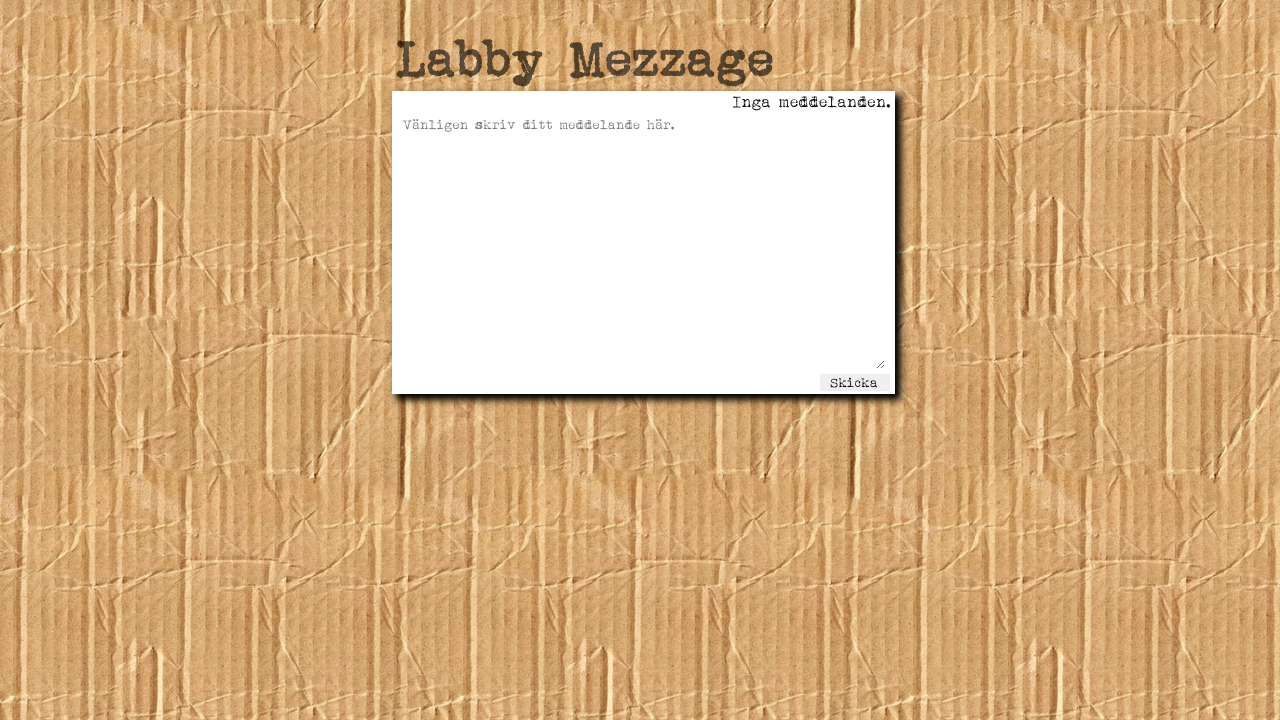
Repository: mw222rs/1dv403-laborationer
Page: 2-labbymezzage/index.html
The author's editor kept a record of every edit. The page is drawn from the files as they stood at one moment, then again after the next edit.
The browser window is 1280 px wide. The pictures show the whole page.

Above is the page before.

### 2-labbymezzage/index.html
<!DOCTYPE html>
<html lang="sv">
<head>
	<meta charset="UTF-8" />
	<link rel="stylesheet" type="text/css" href="css/style.css" media="screen, projection, handheld">
	<title>Labby Mezzage</title>
	<script src="script/main.js"></script>
	<script src="script/message.js"></script>
</head>
    <body>
        <div id="page">
            <h1>Labby Mezzage</h1>
            <div id="messageArea">
            </div><!-- /end #messageArea tag -->

            <div id="inputArea">
                <p id="counter">Inga meddelanden.</p>
                <form>
         			<textarea name="text" placeholder="Vänligen skriv ditt meddelande här." id="textArea"></textarea><input id="send" type="submit" value="Skicka" />
         			<p id="value"></p>
        		</form>
            </div><!-- /end #inputArea tag -->
        </div><!-- /end #page tag -->
    </body>
</html>

### 2-labbymezzage/css/style.css
/* Start CSS-Reset */

/* http://meyerweb.com/eric/tools/css/reset/
   v2.0 | 20110126
   License: none (public domain)
*/

html, div, span, applet, object, iframe,
h2, h3, h4, h5, h6, p, blockquote, pre,
a, abbr, acronym, address, big, cite, code,
del, dfn, em, img, ins, kbd, q, s, samp,
small, strike, strong, sub, sup, tt, var,
b, u, i, center,
dl, dt, dd, ol, ul, li,
fieldset, form, label, legend,
table, caption, tbody, tfoot, thead, tr, th, td,
article, aside, canvas, details, embed,
figure, figcaption, footer, header, hgroup,
menu, nav, output, ruby, section, summary,
time, mark, audio, video {
	margin: 0;
	padding: 0;
	border: 0;
	font-size: 100%;
	font: inherit;
	vertical-align: baseline;
}
/* HTML5 display-role reset for older browsers */
article, aside, details, figcaption, figure,
footer, header, hgroup, menu, nav, section {
	display: block;
}
body {
	line-height: 1;
}
ol, ul {
	list-style: none;
}
blockquote, q {
	quotes: none;
}
blockquote:before, blockquote:after,
q:before, q:after {
	content: '';
	content: none;
}
table {
	border-collapse: collapse;
	border-spacing: 0;
}

/* End of CSS-Reset */

@font-face {
    font-family: typewriter;
    src: url( 'Albertsthal_Typewriter.ttf' );
}
body {
	font-family: typewriter;
    background: #DBDBD6;
	background-image: url(10.jpg);
    padding: 0px;
}
h1 {
	color: rgba(0, 0, 0, 0.6);
    font-family: typewriter;
    font-size: 50px;
    padding-left: 5px;
    margin-bottom: 0;
}
#page {
	margin: 20px auto 20px;
	width: 497px;
}
.messageBread {
	font-family: typewriter;
	background: #FFF;
	width: 100%;
	margin-top: 7px;
	padding: 3px;
	box-shadow: 5px 5px 7px 1px #000;
}
.messageBread .date {
	font-family: typewriter;
	background: none;
	margin-top: 0;
	padding: 0;
	box-shadow: none;
	text-align: right;
	font-size: small;
}
.messageBread a {
	float: right;
	font-size: smaller;
	font-weight: bold;
	padding-left: 3px;
}

#inputArea {
	background: #FFF;
	width: 100%;
	margin-top: 7px;
	padding: 3px;
	box-shadow: 5px 5px 7px 1px #000;
}
#counter {
	text-align: right;
	font-family: typewriter;
}
textarea {
	font-family: typewriter;
	border: 0;
	display: block;
	margin: 5px auto;
	width: 480px;
	height: 250px;
}
input[type="submit"] {
	border: 0;
	font-family: typewriter;
	margin-left: 425px;
	width: 70px;
}

### 2-labbymezzage/script/main.js
"use strict";

var labbyMezzage = {

    messages: [],
    init:function()
    {

	var input = document.querySelector("#textArea");　// Find the textarea-node.
	var submit = document.querySelector("#send"); // Find the submit-button.

	input.onkeypress = function(e){

	    var key = e.keyCode;

	    if (key === 13) {
	        e.preventDefault();
	        labbyMezzage.createMessage(input.value);
	    }
	    key.

	    console.log(key);


	}

	submit.onclick = function(e){ // When the button is clicked...
	    e.preventDefault();

	    labbyMezzage.createMessage(input.value); // Create a new message with the text from the textarea.
	    }


	},

    createMessage: function(input) // Creates a new message-object.
    {
        var createdMessage = new Message(input, new Date());
        labbyMezzage.messages.push(createdMessage); // Pushes the object into the messages-array.
        labbyMezzage.renderMessages(); // Renders the messages.
	    return false;
    },
    renderMessage: function(messageId){ // Render a single message.

        var div = document.querySelector("#messageArea"); // Find the #messageArea div-tag.

        var div2 = document.createElement("div"); // Create a new div-tag...
        div2.classList.add("messageBread"); // ...and give it hte class .messageBread

        // Creates an a-tag with an onclick function for deleting the message.
        var removeLink = document.createElement("a");
        removeLink.setAttribute("href", "#");
        removeLink.classList.add("remove");
        removeLink.innerHTML = "X";
        removeLink.onclick = function(){
            if (window.confirm("Vill du verkligen radera meddelandet?")) {
                labbyMezzage.removeMessage(messageId);
            }
        }
        div2.appendChild(removeLink);

	    // Creates an a-tag with an onclick function for alerting the exact date of when the message was written.
	    var alertLink = document.createElement("a");
	    alertLink.setAttribute("href", "#");
	    alertLink.classList.add("alertDate");
	    alertLink.innerHTML = "?";
	    alertLink.onclick = function(){
	        alert(labbyMezzage.messages[messageId].getDate());
	    }
	    div2.appendChild(alertLink);

        // Creates a p-tag and injects the message text into it.
        var messageText = document.createElement("p");
        messageText.innerHTML = labbyMezzage.messages[messageId].getHTMLText();
        div2.appendChild(messageText);

        // Creates a p-tag with the class .date and injects the date formatted YYYY-DD-MM.
        var dateP = document.createElement("p");
        dateP.classList.add("date");
        dateP.innerHTML = labbyMezzage.messages[messageId].getSmallDate();
        div2.appendChild(dateP);

	    div.appendChild(div2);
    },
    renderMessages: function(){

        document.getElementById("messageArea").innerHTML = ""; // Empties the #messageArea-div.

        // Cycles through the messages-array, calling the renderMessage-function on each object.
        labbyMezzage.messages.forEach(function(value, id){
		    labbyMezzage.renderMessage(id);
		});

		// Updates the counter with the length of the messages-array.
		document.querySelector("#counter").innerHTML = "Antal meddelanden: "+labbyMezzage.messages.length;

    },
    removeMessage: function(removeID){ // Removes the message.
	    labbyMezzage.messages.splice(removeID, 1);
        labbyMezzage.renderMessages();
    }
};
window.onload = labbyMezzage.init;

### 2-labbymezzage/script/message.js
"use strict";

function Message(message, date){

    this._text = message;

    this._date = date;

    this.getText = function(){
        return message;
    }

    this.setText = function(_text){
        message = _text;
    }

    this.getSmallDate = function(){
            return date.getFullYear()+"-"+(date.getMonth()+1)+"-"+date.getDate();
    }

    this.getDate = function(){
            return "Inlägget skapades "+date.toLocaleString();

    }

    this.setDate = function(_date){
        date = _date;
    }
}


Message.prototype.toString = function(){
    return this.getText()+" ("+this.getDate()+") ";
};

Message.prototype.getHTMLText = function(){
    return this.getText().replace(/(\n)/g, "<br>");
};

After the next edit:
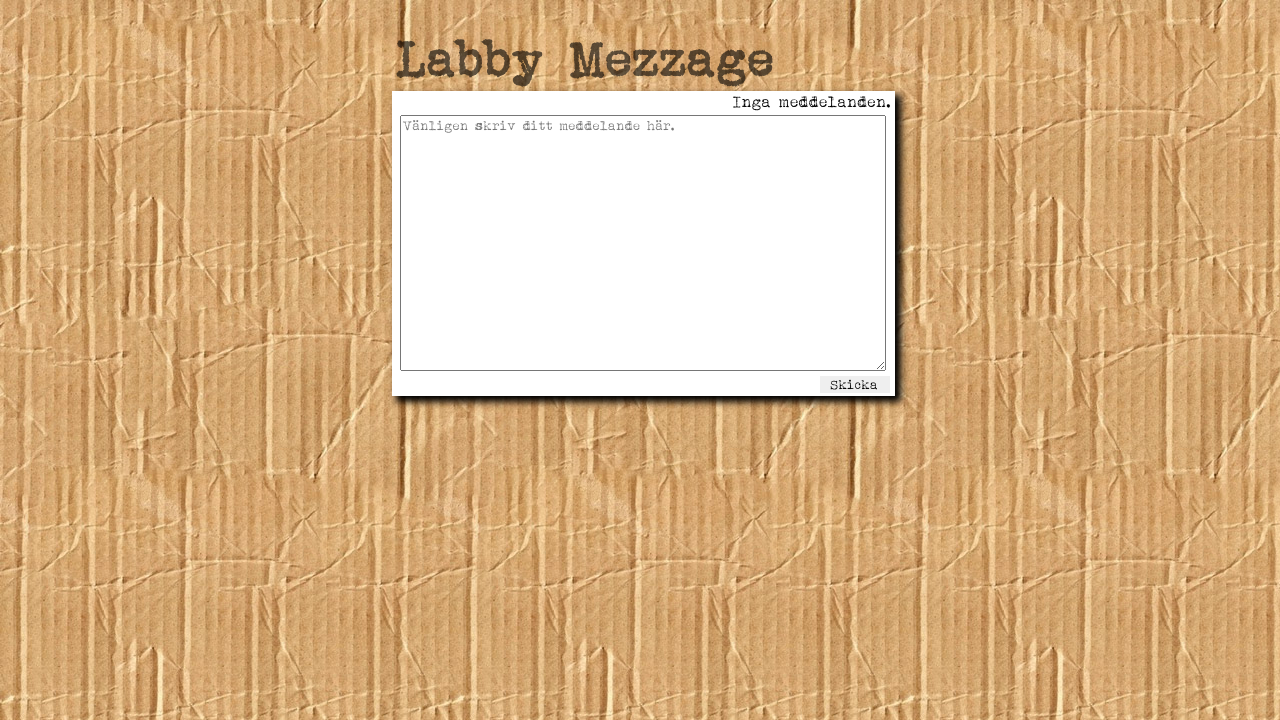
The edit:
--- a/2-labbymezzage/css/style.css
+++ b/2-labbymezzage/css/style.css
@@ -109,7 +109,6 @@
 }
 textarea {
 	font-family: typewriter;
-	border: 0;
 	display: block;
 	margin: 5px auto;
 	width: 480px;
